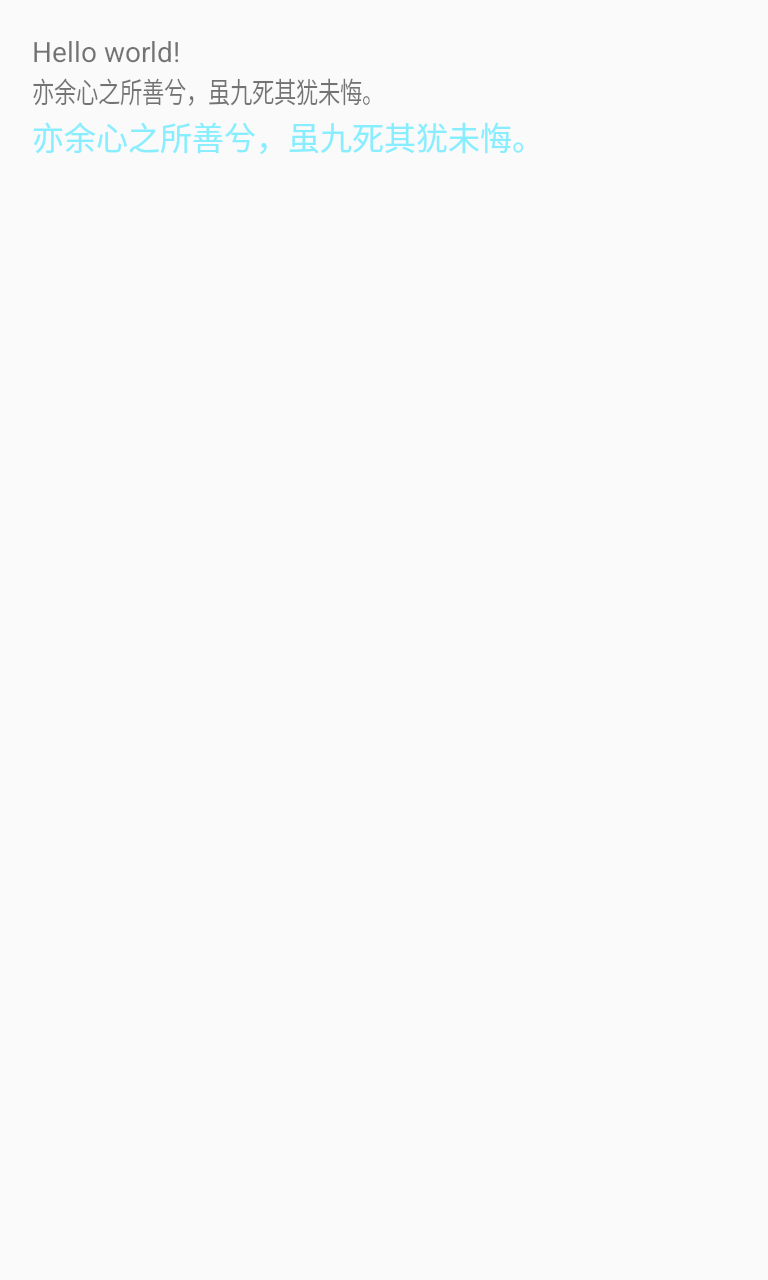
Repository: duhei/cici
Layout: GitHubFrist/res/layout/activity_main.xml
The author's editor kept a copy of each file at every save. The layout is drawn from the files as they stood at one save, then again after the next save.
It is drawn on a 768 x 1280 px phone screen (xhdpi) without system bars, with theme AppTheme; the app's code is not run.

Above is the layout before, as saved 2015-07-10 07:32:52.

### GitHubFrist/res/layout/activity_main.xml
<LinearLayout xmlns:android="http://schemas.android.com/apk/res/android"
    xmlns:tools="http://schemas.android.com/tools"
    android:layout_width="match_parent"
    android:layout_height="match_parent"
    android:paddingBottom="@dimen/activity_vertical_margin"
    android:paddingLeft="@dimen/activity_horizontal_margin"
    android:paddingRight="@dimen/activity_horizontal_margin"
    android:paddingTop="@dimen/activity_vertical_margin"
    tools:context="com.mylove.githubfrist.MainActivity"
    android:orientation="vertical"
    >

    <TextView
        android:layout_width="wrap_content"
        android:layout_height="wrap_content"
        android:text="@string/hello_world" />

    <TextView
        style="@style/warp_content"
        android:text="@string/lisao"
        android:textScaleX="0.8f"
        />

    <TextView
        style="@style/warp_textCol"
        android:text="@string/lisao"
        />





</LinearLayout>

### GitHubFrist/res/values/styles.xml
<resources xmlns:android="http://schemas.android.com/apk/res/android">

    <!--
        Base application theme, dependent on API level. This theme is replaced
        by AppBaseTheme from res/values-vXX/styles.xml on newer devices.
    -->
    <style name="AppBaseTheme" parent="Theme.AppCompat.Light">
        <!--
            Theme customizations available in newer API levels can go in
            res/values-vXX/styles.xml, while customizations related to
            backward-compatibility can go here.
        -->
    </style>

    <!-- Application theme. -->
    <style name="AppTheme" parent="AppBaseTheme">
        <!-- All customizations that are NOT specific to a particular API-level can go here. -->
    </style>

    <style name = "warp_content" >
        <item name="android:layout_width">wrap_content</item>
        <item name="android:layout_height">wrap_content</item>
    </style>

    <style name="warp_textCol" parent="warp_content">
        <item name="android:textColor">#FF88EEFF</item>
        <item name="android:textSize">16dp</item>
    </style>


</resources>

### GitHubFrist/res/values/strings.xml
<?xml version="1.0" encoding="utf-8"?>
<resources>

    <string name="app_name">GitHubFrist</string>
    <string name="hello_world">Hello world!</string>
    <string name="action_settings">Settings</string>

    <string name="lisao">亦余心之所善兮，虽九死其犹未悔。</string>
</resources>

Loaded but not shown: GitHubFrist/res/values-v11/styles.xml (common file); GitHubFrist/res/values-v14/styles.xml (common file); GitHubFrist/res/values/dimens.xml (common file); GitHubFrist/res/values-w820dp/dimens.xml (common file)

After the next save:
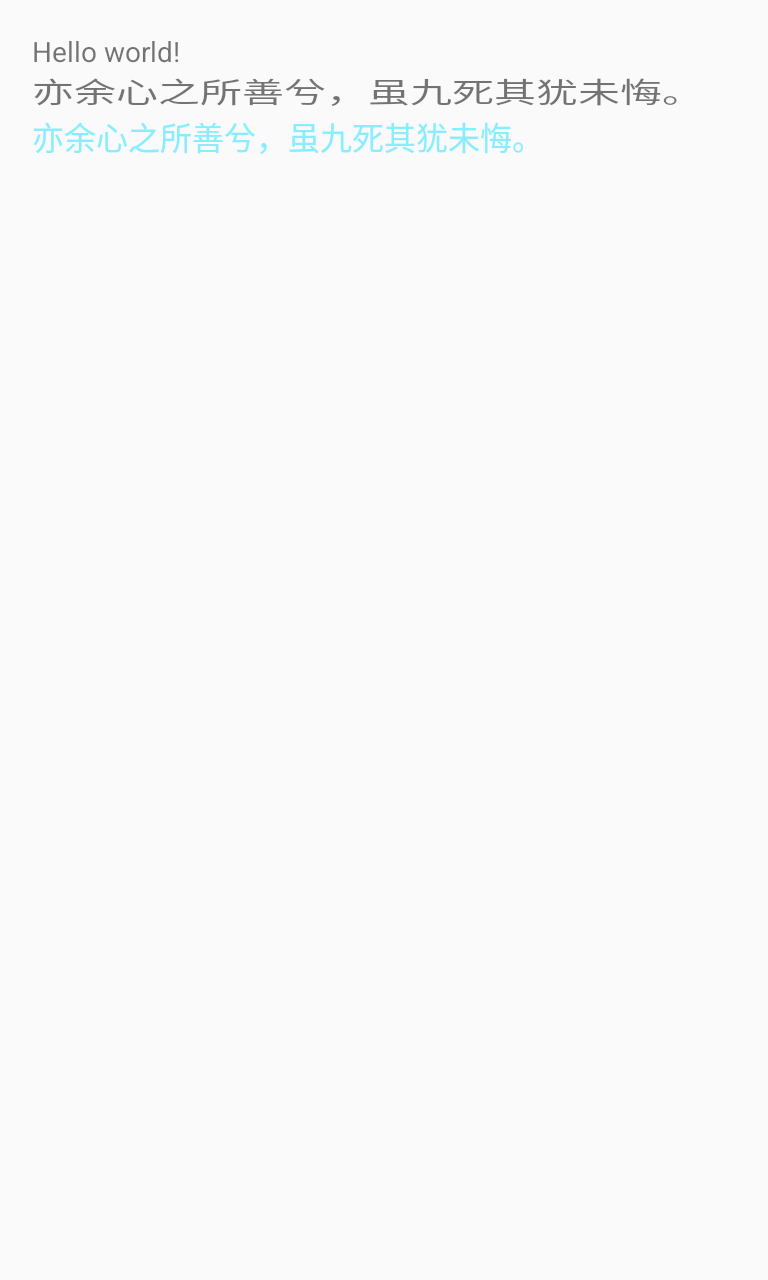
Saved 36 s later.
--- a/GitHubFrist/res/layout/activity_main.xml
+++ b/GitHubFrist/res/layout/activity_main.xml
@@ -18,7 +18,7 @@
     <TextView
         style="@style/warp_content"
         android:text="@string/lisao"
-        android:textScaleX="0.8f"
+        android:textScaleX="1.5f"
         />
 
     <TextView
